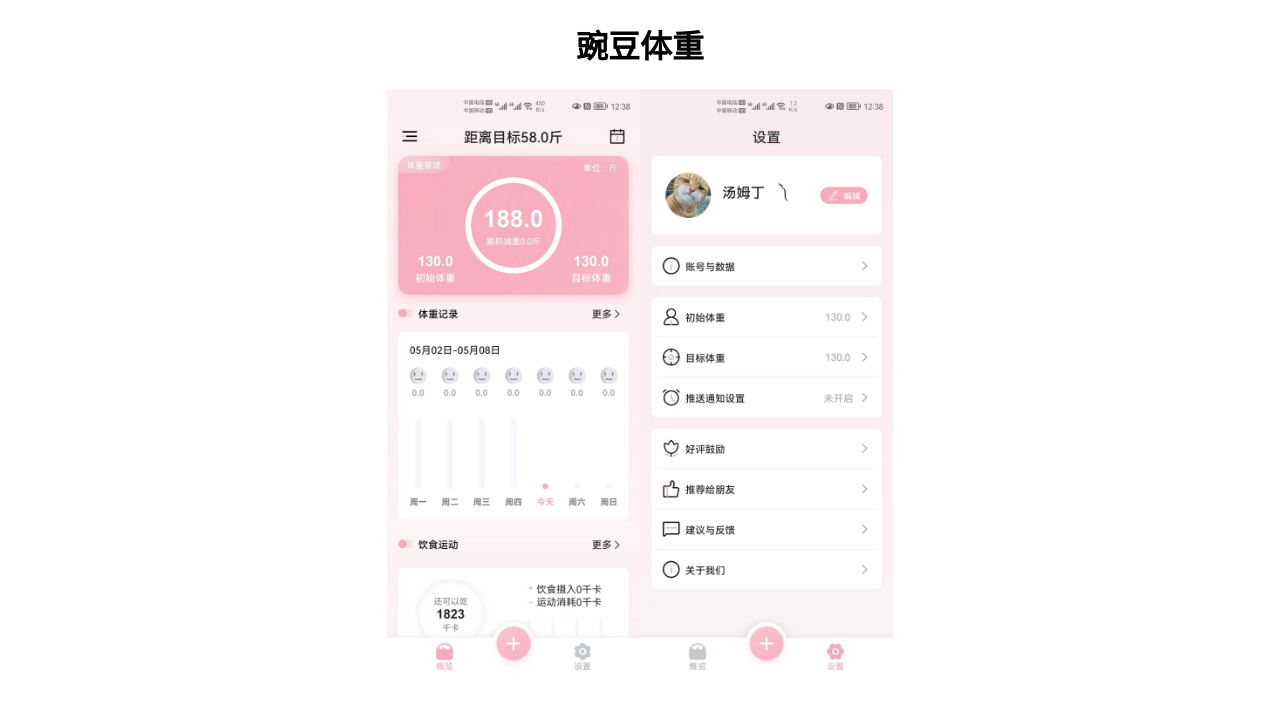
Repository: lovexinforever/weight_web
Page: index.html
An editor plug-in stored every save of this project. The page is shown before and after the next save, followed by the edit.
The browser window is 1280 px wide. The pictures show the whole page.

Above is the page before, as saved 2022-05-06 12:58:08.

After the next save:
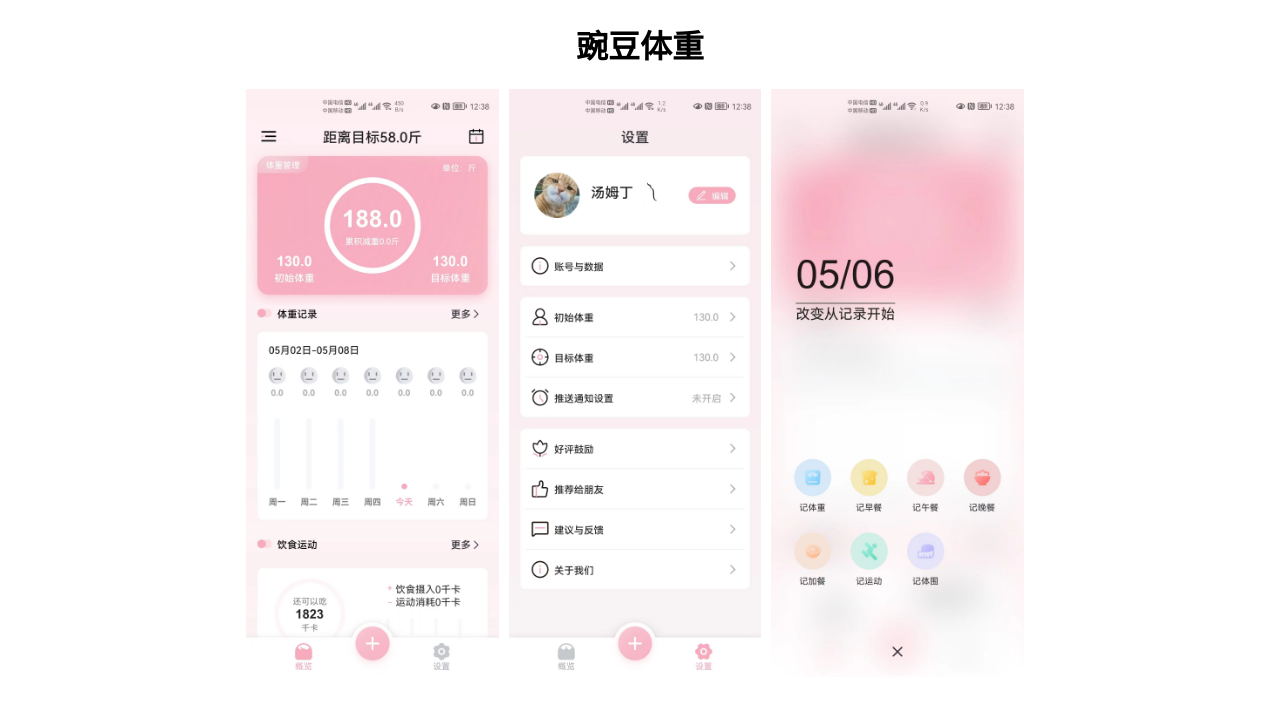
Saved 23 s later.
--- a/index.html
+++ b/index.html
@@ -7,6 +7,7 @@
         <div class="content">
             <img src="images/WechatIMG233.jpeg"/>
             <img src="images/WechatIMG232.jpeg" class="img"/>
+            <img src="images/WechatIMG234.jpeg" class="img"/>
 
         </div>
     </body>
@@ -23,5 +24,6 @@
     }
     img {
         width: 20%;
+        margin-right: 10px;
     }
 </style>
